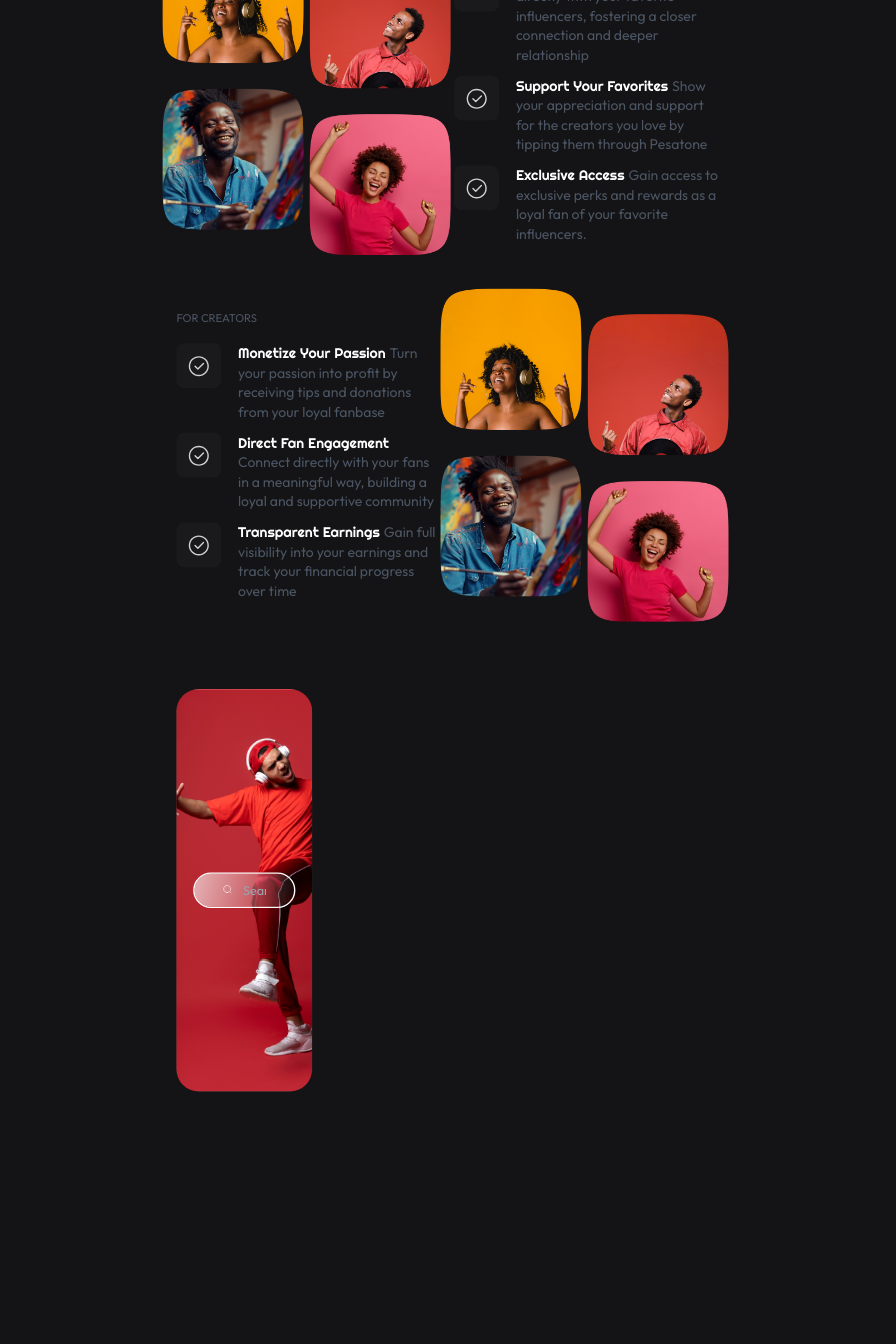
Repository: felixdusengimana/capstone-project-mirror
Page: / (app in frontend/)
The author's editor kept a copy of each file at every save. The page is drawn from the files as they stood at one save, then again after the next save.
The browser window is 1280 px wide. The pictures show the part of the page from y = 2035 to 3955 px (the page is 3955 px tall), at 70% of full size.
The project was rebuilt for these pictures with package versions that can differ from the ones it lists, and the page was loaded fresh each time. The framework's server and built-in components were replaced by stand-ins that run in the browser. Also part of the build but not shown: frontend/next.config.mjs.

Above is the page before, as saved 2024-03-11 16:04:38.

After the next save:
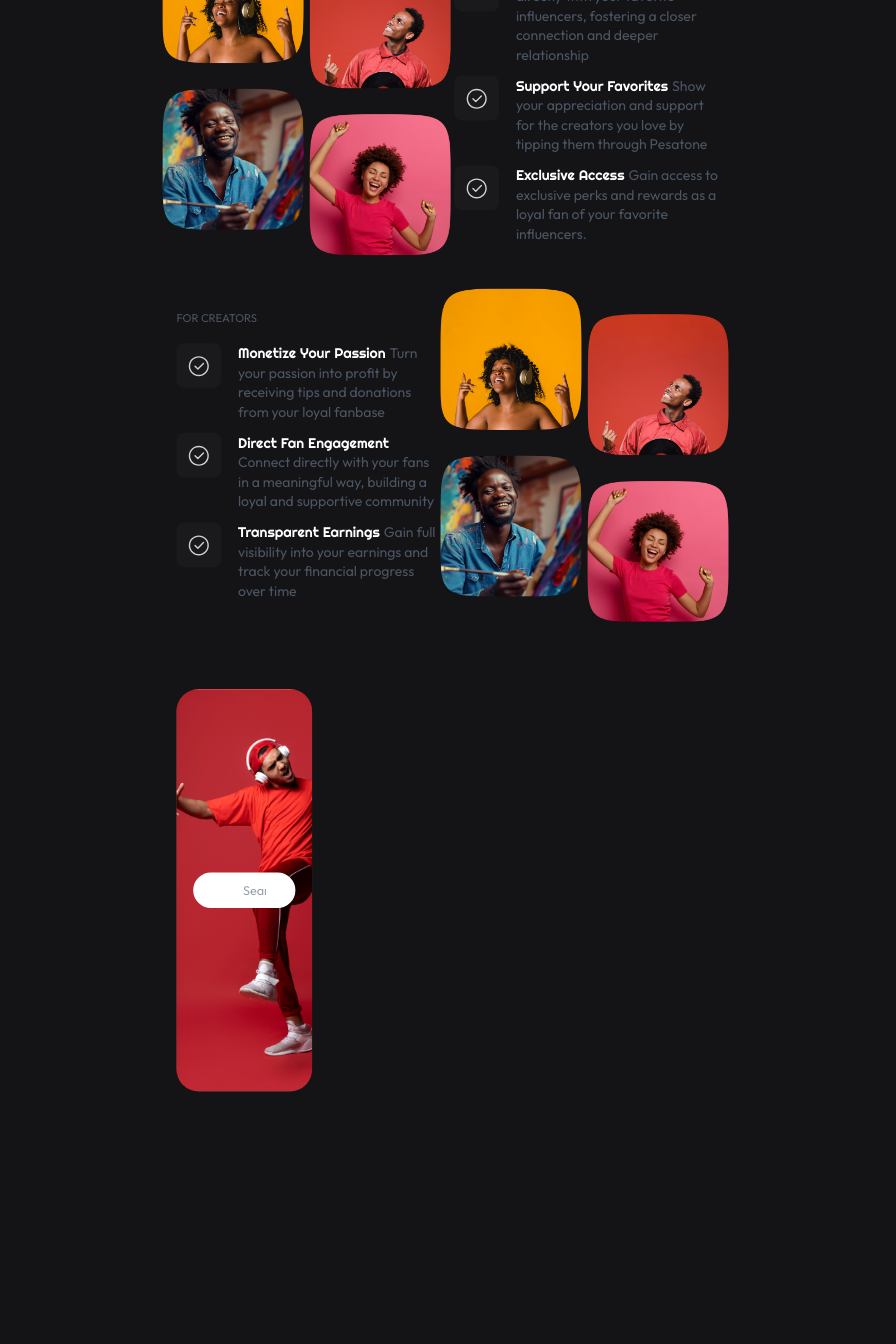
Saved 16 s later.
--- a/frontend/app/globals.css
+++ b/frontend/app/globals.css
@@ -40,7 +40,7 @@ body {
   padding: 10px 40px;
   font-size: 18px;
   border: 2px solid;
-  background: linear-gradient(103.91deg, rgba(255, 255, 255, 0.65) 0.77%, rgba(255, 255, 255, 0) 97.92%);
+  background: linear-gradient(103.91deg, rgba(255, 255, 255, 0.65) 0.77%, rgba(255, 255, 255, 0) 97.92%), #fff;
   border-radius: 50px;
   background-origin: border-box;
   background-clip: padding-box, border-box;

After the save that followed:
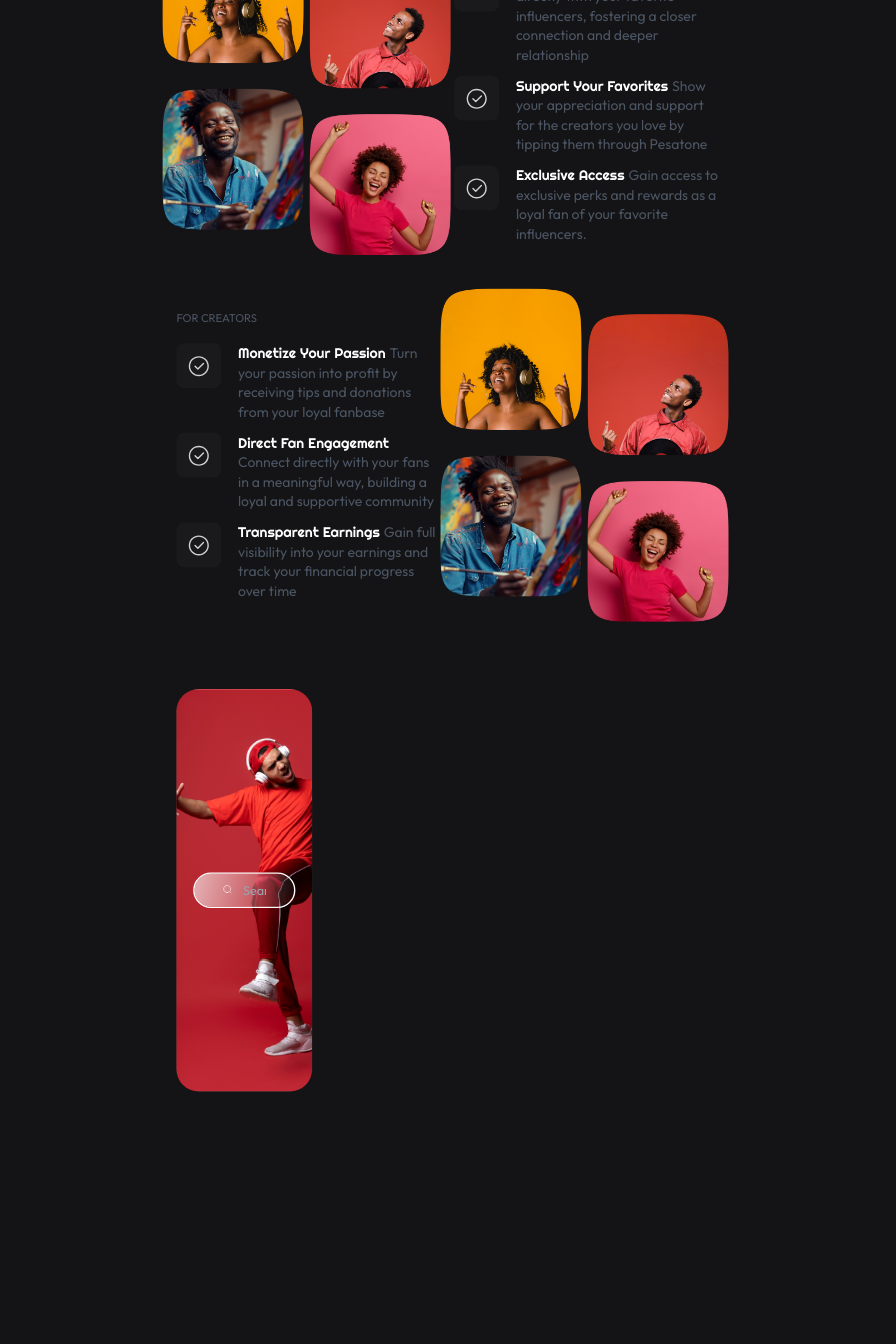
Saved 11 s later.
--- a/frontend/app/globals.css
+++ b/frontend/app/globals.css
@@ -40,7 +40,7 @@ body {
   padding: 10px 40px;
   font-size: 18px;
   border: 2px solid;
-  background: linear-gradient(103.91deg, rgba(255, 255, 255, 0.65) 0.77%, rgba(255, 255, 255, 0) 97.92%), #fff;
+  background: linear-gradient(103.91deg, rgba(255, 255, 255, 0.65) 0.77%, rgba(255, 255, 255, 0) 97.92%);
   border-radius: 50px;
   background-origin: border-box;
   background-clip: padding-box, border-box;
